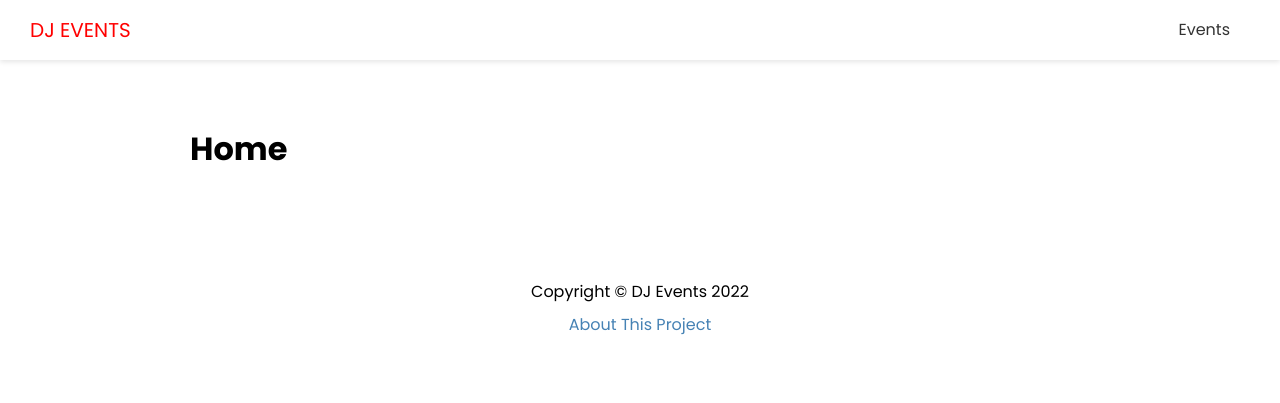
Repository: apolloproductionsdj/dj-events-frontend
Page: /
An editor plug-in stored every save of this project. The page is shown before and after the next save, followed by the edit.
The browser window is 1280 px wide. The pictures show the whole page.
The project was rebuilt for these pictures with package versions that can differ from the ones it lists, and the page was loaded fresh each time. The framework's server and built-in components were replaced by stand-ins that run in the browser. Also part of the build but not shown: next.config.js, styles/Showcase.module.css, components/Showcase.js.

Above is the page before, as saved 2022-03-22 10:43:29.

### pages/index.js
import Layout from "@/components/Layout";

export default function HomePage() {
  return (
    <Layout>
      <h1>Home</h1>
    </Layout>
  );
}

### components/Layout.js
import Head from "next/head";
import styles from "@/styles/Layout.module.css";
import Footer from "./Footer";
import Showcase from "./Showcase";
import { useRouter } from "next/router";
import Header from "./Header";

export default function Layout({ title, keywords, description, children }) {
  const router = useRouter;

  return (
    <div>
      <Head>
        <title>{title}</title>
        <meta name="description" content={description} />
        <meta name="keywords" content={keywords} />
      </Head>
      <Header />

      {router.pathname === "/" && <Showcase />}

      <div className={styles.container}>{children}</div>

      <Footer />
    </div>
  );
}

Layout.defaultProps = {
  title: "DJ Events | Find the hottest parties",
  description: "Find the latest DJ and other musical events",
  keywords: "music, dj, edm",
};

### components/Footer.js
import Link from "next/link";
import styles from "@/styles/Footer.module.css";

export default function Footer() {
  return (
    <footer className={styles.footer}>
      <p>Copyright &copy; DJ Events 2022</p>
      <p>
        <Link href="/about">About This Project</Link>
      </p>
    </footer>
  );
}

### components/Header.js
import Link from "next/link";
import styles from "@/styles/Header.module.css";

export default function Header() {
  return (
    <header className={styles.header}>
      <div className={styles.logo}>
        <Link href="/">
          <a>DJ Events</a>
        </Link>
      </div>

      <nav>
        <ul>
          <li>
            <Link href="/events">
              <a>Events</a>
            </Link>
          </li>
        </ul>
      </nav>
    </header>
  );
}

### styles/Header.module.css
.header {
  display: flex;
  justify-content: space-between;
  align-items: center;
  background: #fff;
  color: #333;
  height: 60px;
  padding: 0 30px;
  box-shadow: 0 2px 5px rgba(0, 0, 0, 0.1);
}

.header a {
  color: #333;
  margin-right: 20px;
}

.header a:hover {
  color: #000;
}
.header ul {
  display: flex;
  align-items: center;
  justify-content: center;
  list-style: none;
}

.logo {
  color: red;
  font-size: 20px;
  text-transform: uppercase;
}

.logo a {
  color: red;
}

@media (max-width: 768px) {
  .header {
    flex-direction: column;
    height: auto;
  }

  .header ul {
    margin: 20px 0;
    flex-direction: column;
    text-align: center;
  }

  .header a {
    margin-right: 0;
  }

  .logo {
    margin: 20px 0;
  }
}

Loaded but not shown: pages/_app.js (common file); styles/globals.css (common file); styles/Layout.module.css (common file); styles/Footer.module.css (common file)

After the next save:
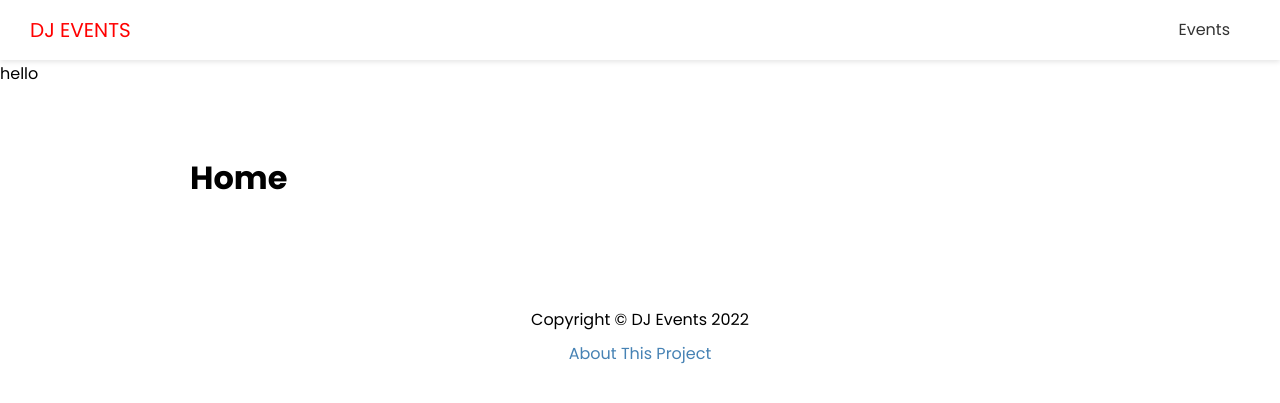
Saved 40 s later.
--- a/components/Layout.js
+++ b/components/Layout.js
@@ -17,7 +17,7 @@
       </Head>
       <Header />
 
-      {router.pathname === "/" && <Showcase />}
+      {router.pathname === "/" ? <Showcase /> : "hello"}
 
       <div className={styles.container}>{children}</div>
 

After the save that followed:
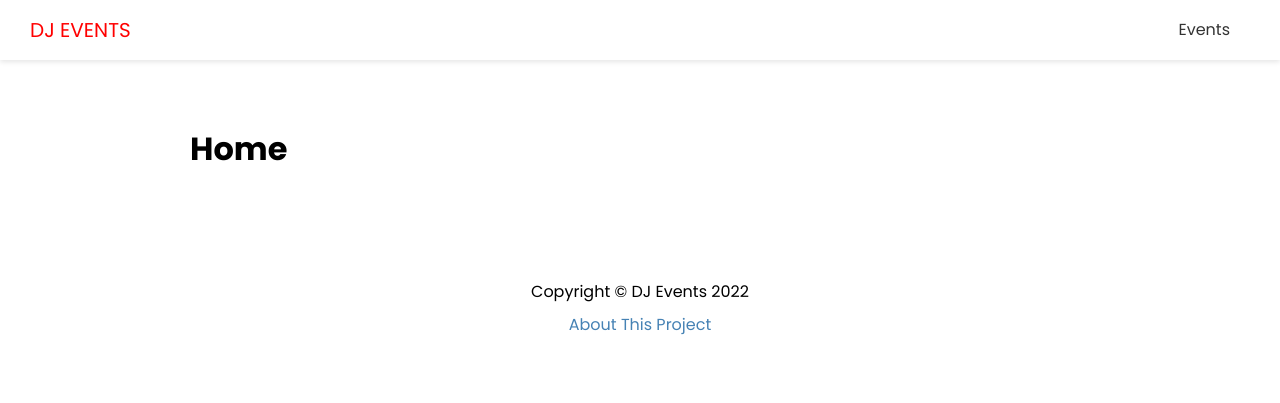
Saved 16 s later.
--- a/components/Layout.js
+++ b/components/Layout.js
@@ -17,7 +17,7 @@
       </Head>
       <Header />
 
-      {router.pathname === "/" ? <Showcase /> : "hello"}
+      {router.pathname === "/" && <Showcase />}
 
       <div className={styles.container}>{children}</div>
 
